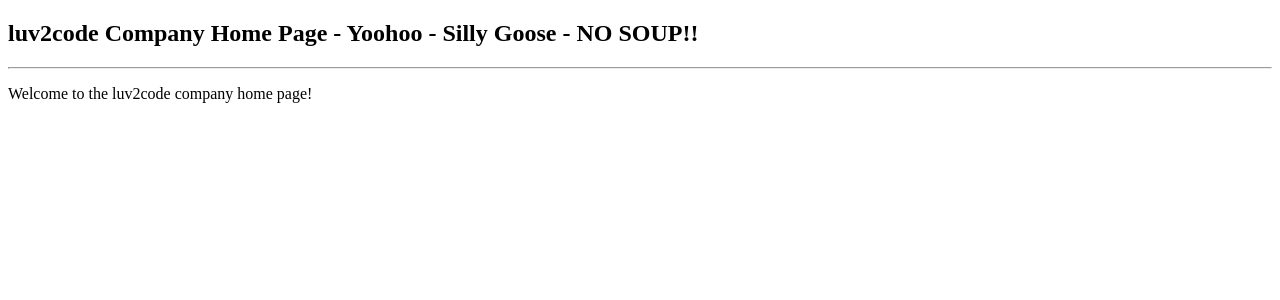
Repository: shinjuno123/spring-security
Page: http://localhost/spring-security-demo-05-logout/WEB-INF/view/home.jsp
The author's editor kept a copy of each file at every save. The page is drawn from the files as they stood at one save, then again after the next save.
The browser window is 1280 px wide. The pictures show the whole page.
The page is served by Tomcat 9. Nobody is signed in. The template is opened directly, without the code that normally fills it, so the values that code supplies are empty.

Above is the page before, as saved 2023-01-11 16:28:22.

After the next save:
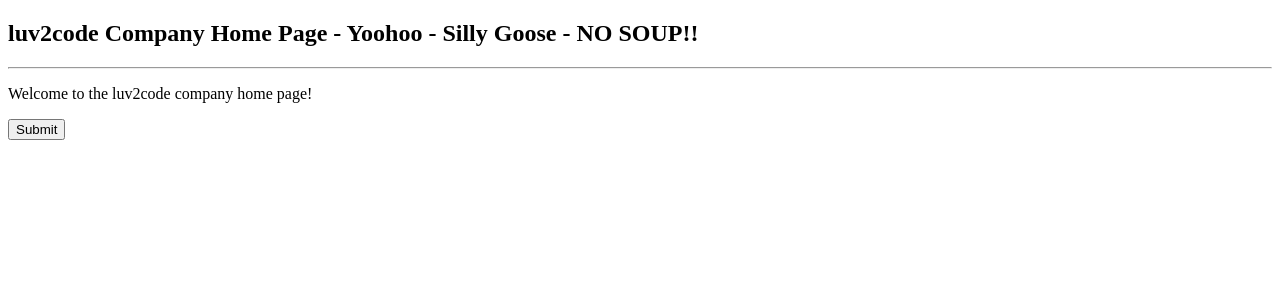
Saved 41 s later.
--- a/spring-security-demo-05-logout/src/main/webapp/WEB-INF/view/home.jsp
+++ b/spring-security-demo-05-logout/src/main/webapp/WEB-INF/view/home.jsp
@@ -15,7 +15,7 @@
 
 	<!-- Add a logout button -->
 	<form:form action="${pageContext.request.contextPath}/logout" method="POST">
-
+		<input type="submit" vlaue="Logout" />
 	</form:form>
 
 </body>
